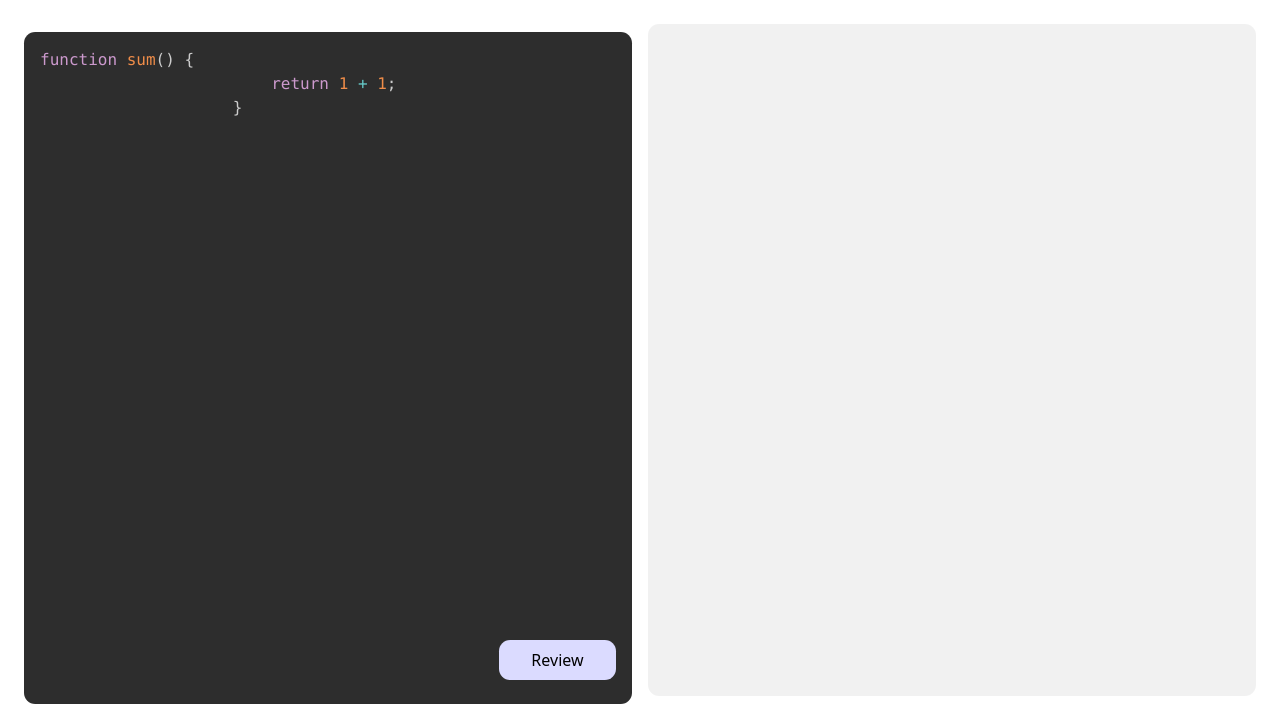
Repository: swarnabha-dutta/ai-code-reviewer
Page: / (app in frontend/)
The author's editor kept a copy of each file at every save. The page is drawn from the files as they stood at one save, then again after the next save.
The browser window is 1280 px wide. The pictures show the whole page.
The project was rebuilt for these pictures with package versions that can differ from the ones it lists, and the page was loaded fresh each time. Also part of the build but not shown: frontend/vite.config.js.

Above is the page before, as saved 2025-06-07 09:04:11.

### frontend/src/App.jsx
import { useEffect ,useState} from 'react';
import './App.css'
import "prismjs/themes/prism-tomorrow.css";
import prism from "prismjs";
import './App.css'

function App() {
  const [count, setCount] = useState(0);

 useEffect(() => {
   prism.highlightAll();
 })

  return (
    <>
      <main>
        <div className="left">
          <div className="code">
            <pre>
              <code className="language-javascript">
                    {`function sum() {
                        return 1 + 1;
                    }`}
              </code>
            </pre>
          </div>
          <div className="review">Review</div>
        </div>
        <div className="right"></div>
     </main>
    </>
  )
}





export default App

### frontend/src/App.css
* {
  margin: 0%;
  padding: 0%;
  box-sizing: border-box; /* fixed typo: 'border-boc' -> 'border-box' */
}

html,
body,
#root {
  height: 100%;
  width: 100%;
}

main {
  height: 100%;
  width: 100%;
  padding: 1.5rem;
  display: flex;
  gap: 1rem;
}

main .left,
main .right {
  height: 100%;
  flex-basis: 50%;
  border-radius: 0.7rem;
}

main .left {
  background-color: #fff;
  position: relative;
  margin: 0;
  padding: 0;
}

.left .code,
.code pre,
.code pre code {
  height: 100%;
  width: 100%;
  margin: 0;
  border-radius: 0.7rem;
  /* keeping original background-color by omission */
}

main .left .review {
  position: absolute;
  bottom: 1rem;
  right: 1rem;
  background-color: rgb(219, 219, 255);
  color: #000;
  padding: 0.5rem 2rem;
  font-weight: 500;
  border-radius: 0.7rem;
  cursor: pointer;
  user-select: none;
}

main .right {
  background-color: #e8e8e89f;
  padding: 1rem 2rem; /* added from code 2 */
  font-size: 1.5rem; /* added from code 2 */
  overflow: auto; /* added from code 2 */
}

Loaded but not shown: frontend/index.html (common file); frontend/src/main.jsx (common file); frontend/src/index.css (common file)

After the next save:
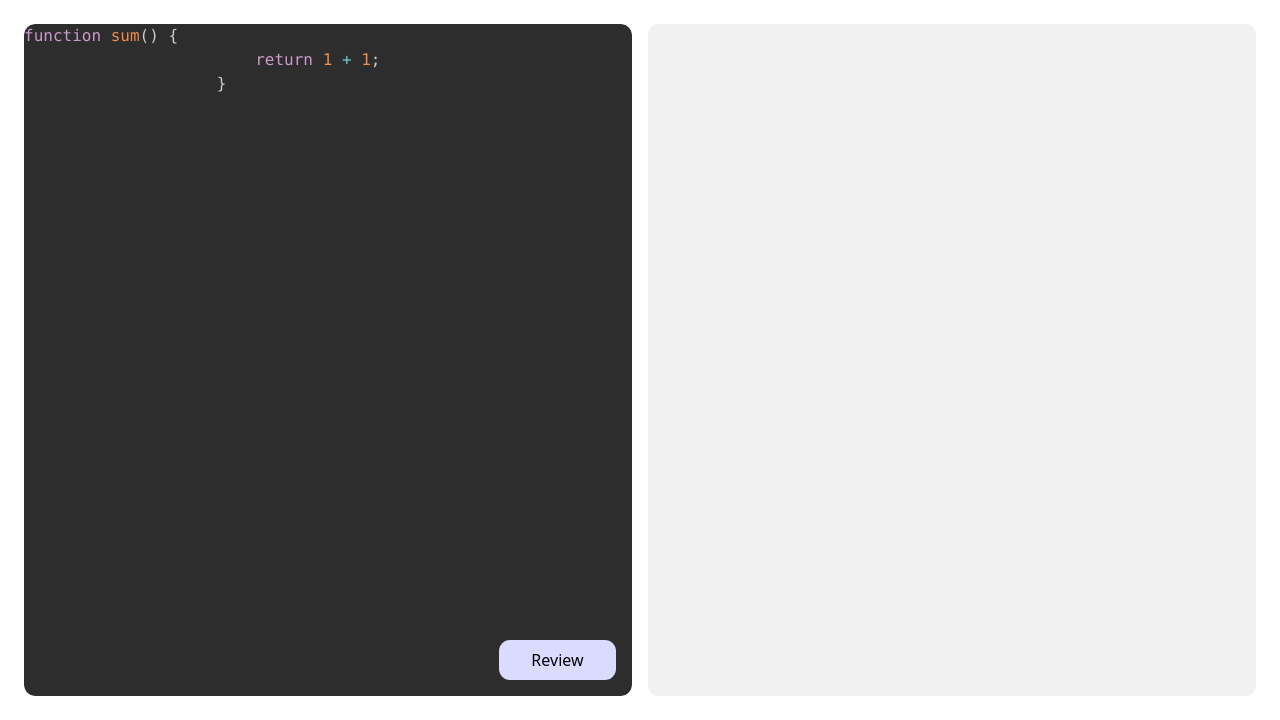
Saved 43 s later.
--- a/frontend/src/App.css
+++ b/frontend/src/App.css
@@ -1,7 +1,7 @@
 * {
   margin: 0%;
   padding: 0%;
-  box-sizing: border-box; /* fixed typo: 'border-boc' -> 'border-box' */
+  box-sizing: border-box;
 }
 
 html,
@@ -31,16 +31,33 @@ main .left {
   position: relative;
   margin: 0;
   padding: 0;
+  overflow: hidden;
 }
 
-.left .code,
-.code pre,
-.code pre code {
+/* Updated to ensure no unwanted top space */
+.left .code {
   height: 100%;
   width: 100%;
+  border-radius: 0.7rem;
+  padding: 0;
   margin: 0;
-  border-radius: 0.7rem;
-  /* keeping original background-color by omission */
+  overflow: auto;
+}
+
+.code pre {
+  margin: 0 !important;
+  padding: 0 !important;
+  height: 100%;
+  width: 100%;
+  display: flex;
+  align-items: flex-start; /* Align to top */
+}
+
+.code pre code {
+  padding: 0 !important;
+  margin: 0 !important;
+  display: block;
+  width: 100%;
 }
 
 main .left .review {
@@ -58,7 +75,7 @@ main .left .review {
 
 main .right {
   background-color: #e8e8e89f;
-  padding: 1rem 2rem; /* added from code 2 */
-  font-size: 1.5rem; /* added from code 2 */
-  overflow: auto; /* added from code 2 */
+  padding: 1rem 2rem;
+  font-size: 1.5rem;
+  overflow: auto;
 }
